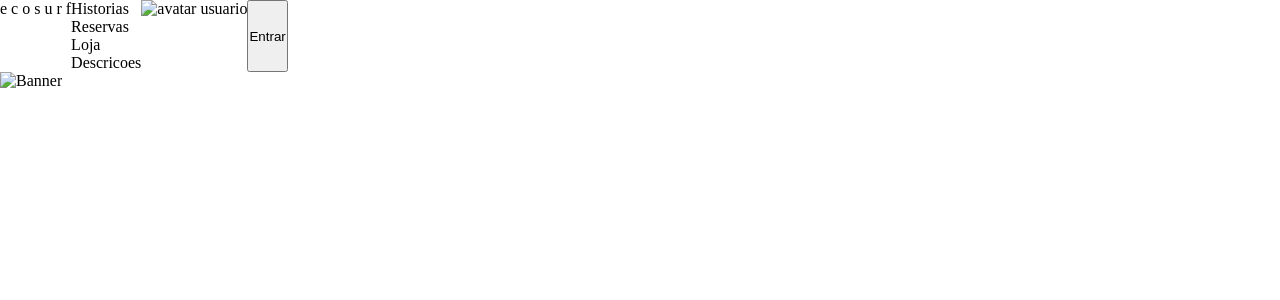
Repository: jorgprado/html-css-js
Page: blog-ecosurf/index.html
These files come from the project's save history. The page is drawn as it stood at one moment and after the next save; the edit follows.
The browser window is 1280 px wide. The pictures show the whole page.

Above is the page before, as saved 2023-05-15 21:20:07.

### blog-ecosurf/index.html
<!DOCTYPE html>
<html lang="pt-br">
<head>
    <meta charset="UTF-8">
    <meta http-equiv="X-UA-Compatible" content="IE=edge">
    <meta name="viewport" content="width=device-width, initial-scale=1.0">
    <link rel="stylesheet" href="css/style.css">
    <title>Ecosurf</title>
</head>
<body>
    <main>
        <header>
            <p><span>e</span>
                <span>c</span>
                <span>o</span>
                <span>s</span>
                <span>u</span>
                <span>r</span>
                <span>f</span>
            </p>
            <menu>
                <p>Historias</p>
                <p>Reservas</p>
                <p>Loja</p>
                <p>Descricoes</p>
            </menu>
            <img src="#" alt="avatar usuario">
            <button>Entrar</button>

        </header>
        <div class="banner">
            <img src="" alt="Banner">
        </div>


    </main>
</body>
</html>

### blog-ecosurf/css/style.css
@charset "UTF-8";

*{
    padding: 0;
    margin: 0;
}

header {
    display: flex;

}

.banner{
    display:;
}

After the next save:
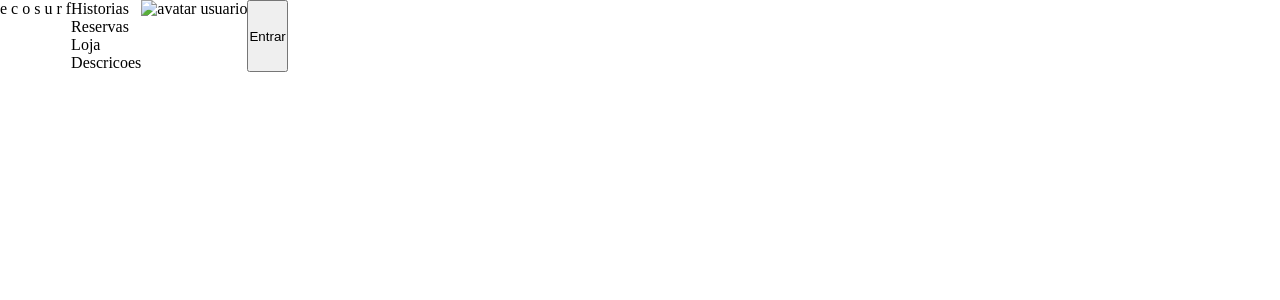
Saved 5 s later.
--- a/blog-ecosurf/index.html
+++ b/blog-ecosurf/index.html
@@ -28,9 +28,7 @@
             <button>Entrar</button>
 
         </header>
-        <div class="banner">
-            <img src="" alt="Banner">
-        </div>
+
 
 
     </main>
